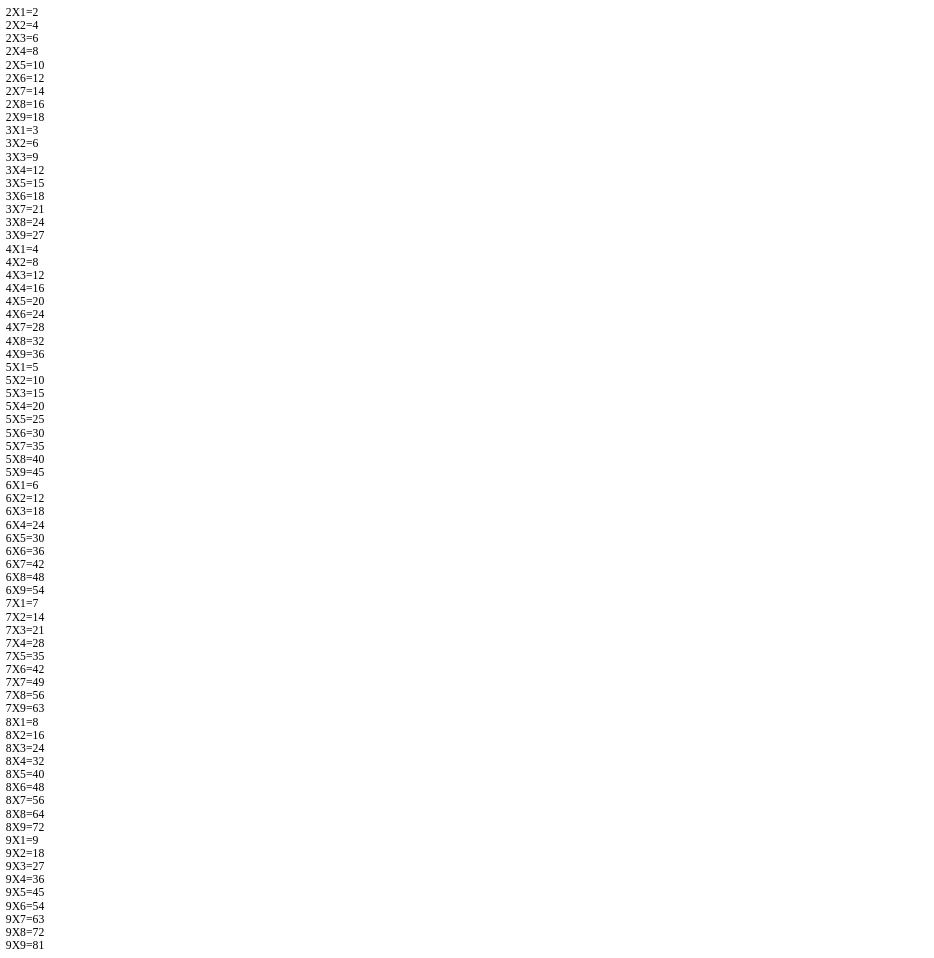
Repository: Kimgigon123123/JspServlet
Page: http://localhost/03.Tag/01.Script/Ex04For.jsp
These files come from the project's save history. The page is drawn as it stood at one moment and after the next save; the edit follows.
The browser window is 1280 px wide. The pictures show the whole page, at 73% of full size.
The page is served by Tomcat 9.

Above is the page before, as saved 2023-05-19 02:07:17.

After the next save:
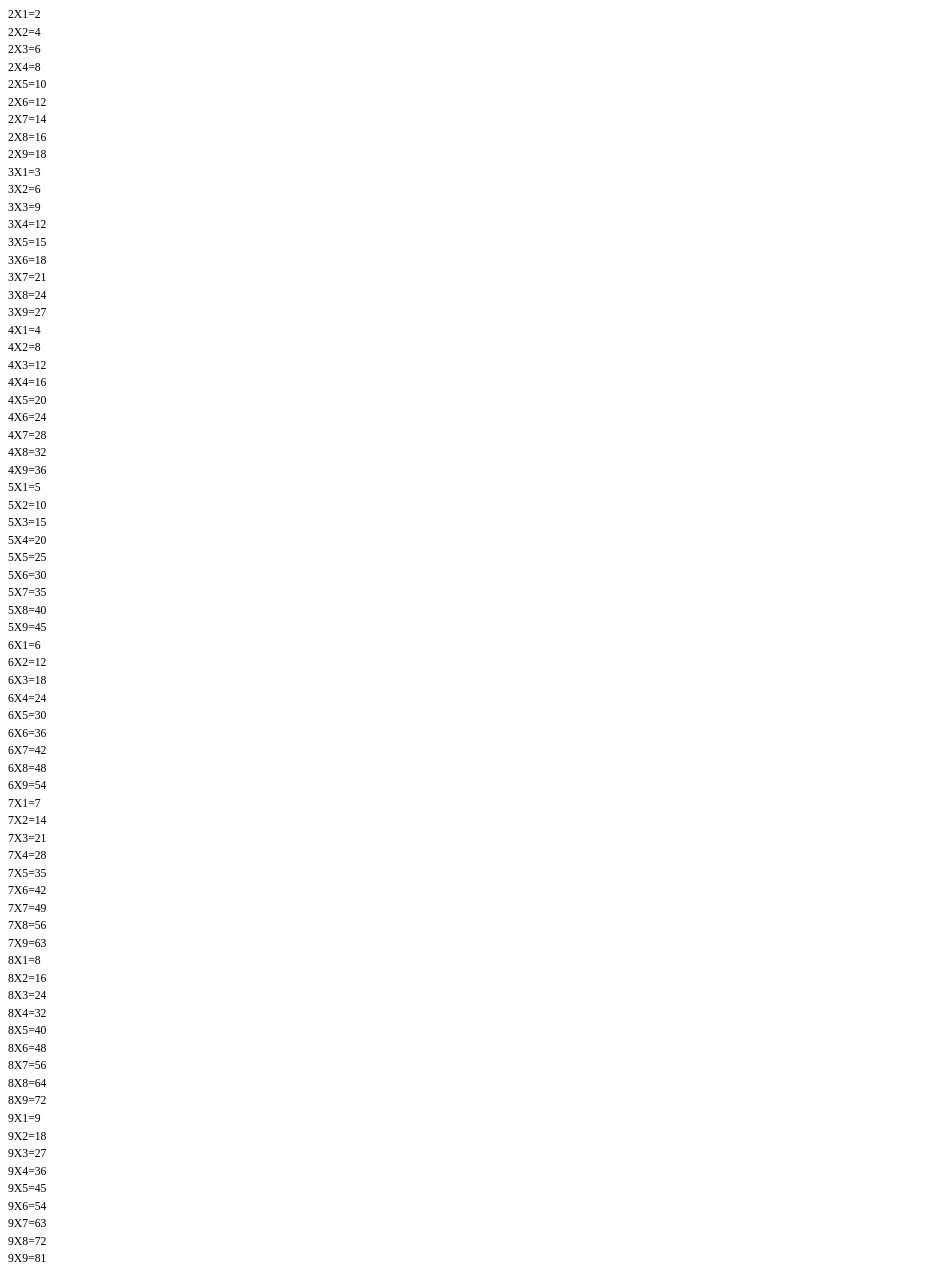
Saved 12 s later.
--- a/WorkSpace/03.Tag/src/main/webapp/01.Script/Ex04For.jsp
+++ b/WorkSpace/03.Tag/src/main/webapp/01.Script/Ex04For.jsp
@@ -10,7 +10,7 @@
 
 	<% for(int i=2;i<=9;i++){
 		for(int j=1;j<=9;j++){%>
-	<table><tr><%=i+"X"+j+"="+i*j %>
+	<table><tr><td><%=i+"X"+j+"="+i*j %></td>
 
 	<% } %> </tr>
 	<% }%> </table>
